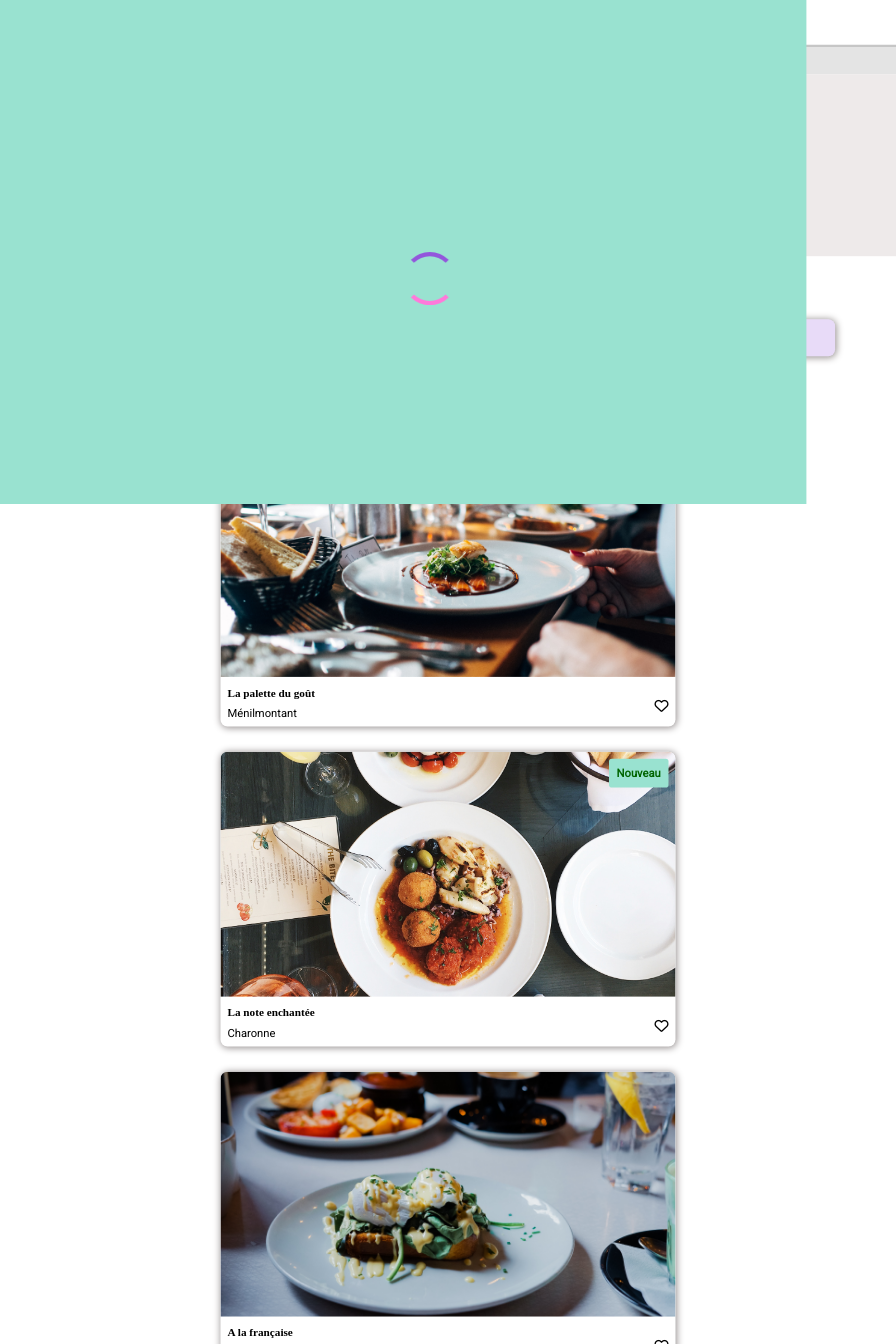
Repository: Micka-17/boimickael_3_16042021
Page: index.html
These files come from the project's save history. The page is drawn as it stood at one moment and after the next save; the edit follows.
The browser window is 1280 px wide. The pictures show the part of the page from y = 0 to 1920 px (the page is 2618 px tall), at 70% of full size.
Some web fonts or font styles are not loaded; a fallback is used. Some web libraries are served in a nearby version. The style sheet was rebuilt from its Sass, Less or Tailwind sources for each picture, by a compiler version that may differ from the author's.

Above is the page before, as saved 2021-05-26 10:48:48.

### index.html
<!DOCTYPE html>
<html lang="en">
  <head>
    <meta charset="UTF-8" />
    <meta http-equiv="X-UA-Compatible" content="IE=edge" />
    <meta name="viewport" content="width=device-width, initial-scale=1.0" />
    <link rel="stylesheet" href="css/style.css" />
    <script
      src="https://kit.fontawesome.com/7f2b024bdc.js"
      crossorigin="anonymous"
    ></script>
    <title>OhMyFood</title>
  </head>
  <body>
    <div id="backgroundloader">
      <div id="loader"></div>
    </div>
    <header>
      <div id="logo">
        <img src="images/logo/ohmyfood@2x.svg" alt="OhMyFood" />
      </div>
    </header>
    <section id="sec-1">
      <div id="top">
        <div id="paris">
          <p><i class="fas fa-map-marker-alt icon"></i> Paris, Belleville</p>
        </div>
        <div id="reservation">
          <h2 id="center-top1">Réservez le menu qui vous convient</h2>
          <p id="center-top2">
            Découvrez des restaurants d'exception, séléctionnés par nos soins.
          </p>
          <a id="btn" href="#sec-3">Explorer nos restaurants</a>
        </div>
      </div>
    </section>
    <section id="sec-2">
      <div class="fonctionnement">
        <h3 class="h3s">Fonctionnement</h3>
        <ul class="bolder">
          <li>
            <i class="fas fa-mobile-alt icon-top"></i> Choisissez un restaurant
            <p id="number1">1</p>
          </li>
          <li>
            <i class="fas fa-list-ul icon-top"></i> Composez votre menu
            <p id="number2">2</p>
          </li>
          <li id="li-3">
            <i class="fas fa-store icon-top-purple"></i> Dégustez au restaurant
            <p id="number3">3</p>
          </li>
        </ul>
      </div>
    </section>
    <section id="sec-3">
      <h3 class="h3s">Restaurants</h3>
      <div class="choice">
        <a href="pages/la_palette_du_gout.html">
          <div class="card">
            <p class="nouveau">Nouveau</p>
            <img
              id="new"
              class="imga"
              src="images/restaurants/la_palette_du_gout.jpg"
              alt="la_palette_du_gout"
            />
            <div class="resto">
              <div>
                <h4>La palette du goût</h4>
                <p class="space">Ménilmontant</p>
              </div>
              <div class="loveclcik">
                <i class="far fa-heart love fa-lg"></i>
                <i class="fas fa-heart loves3"></i>
              </div>
            </div>
          </div>
        </a>
        <a href="pages/la_note_enchantee.html">
          <div class="card">
            <p class="nouveau">Nouveau</p>
            <img
              class="imga"
              src="images/restaurants/la_note_enchantee.jpg"
              alt="la_note_enchantee"
            />
            <div class="resto">
              <div>
                <h4>La note enchantée</h4>
                <p class="space">Charonne</p>
              </div>
              <div class="loveclcik">
                <i class="far fa-heart love fa-lg"></i>
                <i class="fas fa-heart loves3"></i>
              </div>
            </div>
          </div>
        </a>
        <a href="pages/a_la_francaise.html">
          <div class="card">
            <img
              class="imga"
              src="images/restaurants/a_la_française.jpg"
              alt="a_la_française"
            />
            <div class="resto">
              <div>
                <h4>A la française</h4>
                <p class="space">Cité Rouge</p>
              </div>
              <div class="loveclcik">
                <i class="far fa-heart love fa-lg"></i>
                <i class="fas fa-heart loves3"></i>
              </div>
            </div>
          </div>
        </a>
        <a href="pages/le_delice_des_sens.html">
          <div class="card">
            <img
              class="imga"
              src="images/restaurants/le_delice_des_sens.jpg"
              alt="le_delice_des_sens"
            />
            <div class="resto">
              <div>
                <h4>Le delice des sens</h4>
                <p class="space">Folie-Méricourt</p>
              </div>
              <div class="loveclcik">
                <i class="far fa-heart love fa-lg"></i>
                <i class="fas fa-heart loves3"></i>
              </div>
            </div>
          </div>
        </a>
      </div>
    </section>
    <section class="end">
      <footer>
        <div>
          <h3 id="logo-white">ohmyfood</h3>
          <div class="end-ul">
            <p>
              <i class="fas fa-utensils icon-footer"></i> Proposer un restaurant
            </p>
            <p>
              <i class="fas fa-hands-helping icon-footer"></i> Devenir
              partenaire
            </p>
            <p>Mentions légales</p>
            <a id="contact" href="mailto:contact@ohmyfood.com"
              ><p>Contact</p></a
            >
          </div>
        </div>
      </footer>
    </section>
  </body>
</html>

### sass/style.scss
@import "./directories/Utils/variables-mixin";
@import "./directories/Base/main.scss";



ul {
    font-family: 'Roboto', sans-serif;
    font-size: 0.9em;
    @media (min-width: 430px) {
        max-width: 450px;
    }
        @media (min-width: 1000px) {
            display: flex;
            min-width: 100%;
            justify-content: space-evenly;
        }
}

#backgroundloader {
    position: absolute;
    top: 0;
    left: 0;
    background-color: $color3;
    min-width: 90%;
    height: 100%;
    animation: loader2 33s;
    animation-fill-mode: both;
    animation-timing-function: step-end;
  }
#loader {
    position: absolute;
    height: 70px;
    top: 50%;
    right: 50%;
    bottom: 50%;
    left: 50%;
    width: 64px;
    height: 64px;
    border-radius: 50%;
    border: 6px solid rgb(255, 255, 255);
    border-color: $color1 transparent $color2 transparent;
    animation: dual-ring 0.8s infinite, loader 3s;
    animation-delay: 0.2s;
    animation-fill-mode: both;
  }

#contact {
    color: white;
}

.spacediv p {
    font-family: 'Roboto', sans-serif;
    text-overflow: ellipsis;
    overflow: hidden;
    white-space: nowrap;
}

#logo {
    display: flex;
    justify-content: center;
    margin-top: 20px;
    margin-bottom: 10px;
}

#paris {
    display: flex;
    justify-content: center;
    border-top: solid 3px rgba(128, 128, 128, 0.301);
    min-width: 321px;
    padding-top: 10px;
    padding-bottom: 10px;
    background-color: rgba(128, 128, 128, 0.212);
        .icon {
            margin-right: 10px;
        }
}

#reservation {
    display: flex;
    justify-content: center;
    flex-direction: column;
    place-items: center;
    background-color: rgb(238, 234, 234);
    padding-bottom: 45px;
        #btn {
            @include btn();
                &:hover {
                    filter: brightness(1.50);
                    box-shadow: 0px 0px 10px 15px gray;
                }
        }
}

#center-top1 {
    text-align: center;
    margin-top: 20px;
    max-width: 350px;
}

#center-top2 {
    margin-top: 20px;
    margin-bottom: 20px;
    text-align: center;
    max-width: 350px;
}


.icon-top {
    color: gray;
    margin-right: 15px;
    margin-left: 10px;
}

.icon-top-purple {
    color: $color1;
    margin-right: 15px;
    margin-left: 10px;
}

#li-3 {
    background-color: #9256dc36;
}

li { position: relative;
    background-color: #ffffff;
    border-radius: 10px;
    padding: 18px;
    margin: 18px;
    margin-left: 25px;
    box-shadow: 1px 1px 10px 1px rgb(151, 145, 145);
    min-width: 20%;
        #number1 {
            position: absolute;
            top: 15px;
            left: -14px;
            background-color: $color1;
            border-radius: 50px;
            padding: 6px 10px;
            font-size: 0.8em;
            color: white;
        }
            #number2 {
                position: absolute;
                top: 14px;
                left: -15px;
                background-color: $color1;
                border-radius: 50px;
                padding: 6px 10px;
                font-size: 0.8em;
                color: white;
            }
                #number3 {
                    position: absolute;
                    top: 14px;
                    left: -15px;
                    background-color: $color1;
                    border-radius: 50px;
                    padding: 6px 10px;
                    font-size: 0.8em;
                    color: white;
                }
}
.space {
    margin-top: 10px;
    margin-bottom: 10px;
}
.card {
    background-color: #ffffff;
    border-radius: 10px;
    padding: 0px;
    margin: 18px;
    box-shadow: 1px 1px 10px 1px rgb(151, 145, 145);
    max-width: 100%;
}
.imga {
    object-fit: cover;
    border-radius: 10px 10px 0px 0px;
    width: 650px;
    height: 350px;
        @media (max-width:900px) {
            max-width: 100%;
        }
            @media (max-width:500px) {
                max-width: 100%;
                height: 240px;
            }
                @media (max-width:380px) {
                    height: 220px;
                }
}
.card {
    position: relative;
}
.nouveau {
    position: absolute;
    padding: 0.7rem;
    border-radius: 0.25rem;
    color: darkgreen;
    font-weight: bold;
    right: 10px;
    top: 10px;
    background-color: #99e2d0;
}

.h3s {
    margin: 40px 0px 10px 20px;

}

.choice {
    display: flex;
    flex-direction: column;
    place-items: center;
    flex-wrap: wrap;
        .resto {
            display: flex;
            justify-content: space-between;
            align-items: center;
            margin: 10px;
        }
            @media (min-width: 630px) {
                flex-wrap: wrap;
                flex-direction: row;
                justify-content: center;
            }
                @media (min-width: 1350px) {
                    display: grid;
                    grid-template-rows: 50% 50%;
                    grid-template-columns: 50% 50%;
                }
}


footer {
    margin-top: 30px;
    padding: 10px;
    background-color: rgb(54, 54, 54);
    color: white;
        #logo-white {
            font-family: 'Shrikhand', cursive;
            font-weight: 300;
            margin-bottom: 15px;
            margin-left: 20px;
            margin-top: 10px;
        }
            li {
                background-color: transparent;
                border-radius: 0;
                padding: 5px;
                margin-left: 20px;
                box-shadow: none;
                display: flex;
                margin-top: 5px;
                margin-bottom: 5px;
            }
                .icon-footer {
                    max-width: 2px;
                    max-height: 2px;
                    margin-right: 25px;
                }
                    @media (min-width:1000px) {
                        padding: 40px;
                    }
}


//pages 2

.img-top {
    min-width: 100%;
    max-height: 510px;
}

.arrow {
    position: absolute;
    left: 20px;
    top: 30px;
    color: rgba(0, 0, 0, 0.801);
}
#margtitle {
    margin-left: 15px;
    max-width: 220px;
}
img {
    object-fit: cover;
}
.titlemargall {
    margin-top: 30px;
    margin-left: 15px;
    border-bottom: solid rgba(55, 224, 55, 0.541);
    max-width: 30px;
}
#middle {
    position: absolute;
    top: 240px;
    min-width: 100%;
    min-height: 980px;
    background-color: rgb(231, 229, 229);
    border-radius: 20px 20px 0px 0;
    padding-top: 30px;
     .entrees {
        @include centre();
        @include capsule();
     }
        .bold {
            font-weight: bold;
            font-size: 1em;
        }
        .bolder {
            font-weight: bold;
            font-size: 0.6m;
                @media (min-width: 1000px) {
                    margin: 15px;
                }
        }
            p {
                font-size: 0.7em;
            }
                .loves1 {
                    position: absolute;
                    right: 15px;
                    color: gray
                }
}

.loves2 {
    display: none;
    opacity: 0;
    background: linear-gradient(0deg,#9356dc,#ff79da);
    background-clip: text;
    -webkit-background-clip: text;
    -moz-background-clip: text;
    -webkit-text-fill-color: transparent;
    position: absolute;
    right: 15px;
}
#margtitle:hover .loves2 {
    animation: fadeout;
    opacity: 1;
    animation-duration: .5s;
    display: inline-block;
    justify-content: center;
}

.loves3 {
    display: none;
    opacity: 0;
    background: linear-gradient(0deg,#9356dc,#ff79da);
    background-clip: text;
    -webkit-background-clip: text;
    -moz-background-clip: text;
    -webkit-text-fill-color: transparent;
    position: absolute;
    right: 9px;
    bottom: 18px;
}
.loveclcik:hover .loves3 {
    animation: fadeout2;
    opacity: 1;
    animation-duration: .5s;
    display: inline-block;
    justify-content: center;
    font-size: 1.5em;
}

#entrees {
    animation: slideup 1s;
    animation-duration: 1s;
}
#plats {
    animation: slideup 1s;
    animation-duration: 5s;
}
#desserts {
    animation: slideup 1s;
    animation-duration: 8s;
}


.entrees, .plats, .desserts {
    cursor: pointer;
        @media (max-width:321px) {
            width: 300px;
        }
        @media (max-width:378px) {
            max-width: 100%;
        }
        @media (max-width:414px) {
            max-width: 100%;
        }
        @media (min-width: 1000px) {
            min-height: 90px;
            width: 100%;
        }
}

.spacediv {
    width: 100%;
    overflow: hidden;
    @include spacediv();
        @media (min-width: 1000px) {
            justify-content: space-evenly;
        }
}
.plats {
    @include capsule();
    @include centre();
}
.desserts {
    @include capsule();
    @include centre();
}

.responsive {
    @media (min-width: 1000px) {
        display: flex;
        justify-content: center;
    }
}

.responsive-entrees {
    @media (min-width: 1000px) {
        display: flex;
        justify-content: center;
    }
}

#btnp2 {
    @include btn();
    margin-top: 40px;
        &:hover {
            filter: brightness(1.50);
            box-shadow: 0px 0px 10px 15px gray;
        }
         @media (min-width: 1000px) {
            margin-top: 150px;
         }
}

#placement-btn {
    display: flex;
    justify-content: center;
    place-items: center;
}

.end1 {
    position: absolute;
    top: 1151px;
    min-width: 100%;
}

.end {
    position: absolute;
    min-width: 100%;
}

.end-ul {
        @media (min-width: 430px) {
        max-width: 450px;
    }
        @media (min-width: 1000px) {
            display: flex;
            min-width: 100%;
            flex-direction: row;
            justify-content: space-evenly;
        }
}

.end-ul p {
    margin: 8px;
    margin-left: 20px;
}

//page la note enchantee

 .align-price{
    display: flex;
    align-items: flex-end;
    margin-bottom: 8px;
    margin-right: 8px;
}

.check {
    width: 0px;
    transition-duration: 1s;
    font-size: 1.5em;
     & i {
        display: none;
        place-items: center;
        color: white;
     }
}

.entrees:hover .check {
    width: 90px;
    height: 51px;
    background-color: $color3;
    display: flex;
    justify-content: center;
    border-radius: 0 20% 20% 0;
        @media (max-width: 1000px) {
            width: 65px;
        }
            & .rotation {
                display: flex;
                place-items: center;
            }
                & .rond {
                    display: flex;
                    place-items: center;
                    transform-origin: center;
                    animation: spin;
                    animation-duration: 1s;
                }
                    @media (min-width: 1000px) {
                        height: 90px;
                        border-radius: 0 10% 10% 0;
                    }
}


.plats:hover .check {
    width: 90px;
    height: 51px;
    background-color: $color3;
    display: flex;
    justify-content: center;
    border-radius: 0 20% 20% 0;
        @media (max-width: 1000px) {
            width: 65px;
        }
            & .rotation {
                display: flex;
                place-items: center;
            }
                & .rond {
                    display: flex;
                    place-items: center;
                    transform-origin: center;
                    animation: spin;
                    animation-duration: 1s;
                }
                    @media (min-width: 1000px) {
                        height: 90px;
                        border-radius: 0 10% 10% 0;
                    }
}

.desserts:hover .check {
    width: 90px;
    height: 51px;
    background-color: $color3;
    display: flex;
    justify-content: center;
    border-radius: 0 20% 20% 0;
        @media (max-width: 1000px) {
            width: 65px;
        }
            & .rotation {
                display: flex;
                place-items: center;
            }
                & .rond {
                    display: flex;
                    place-items: center;
                    transform-origin: center;
                    animation: spin;
                    animation-duration: 1s;
                }
                    @media (min-width: 1000px) {
                        height: 90px;
                        border-radius: 0 10% 10% 0;
                    }
}

### sass/directories/Utils/_variables-mixin.scss
$color1: #9356DC;
$color2: #FF79DA;
$color3: #99E2D0;

@mixin centre {
    display: flex;
    justify-content: space-between;
}

@mixin capsule {
    background-color: whitesmoke;
    border-radius: 10px;
    box-shadow: 1px 1px 10px 1px rgb(226, 226, 226);
    margin: 10px;
    overflow: hidden;
}
 @mixin spacediv {
    min-height: 35px;
    display: flex;
    flex-direction: column;
    justify-content: space-between;
    padding: 8px;
 }
@mixin btn {
    background: linear-gradient($color2, $color1);
    border-radius: 50px;
    border: none;
    box-shadow: gray;
    color: white;
    font-weight: bold;
    max-width: 200px;
    min-width: 200px;
    margin-top: 15px;
    padding: 15px 10px;
    text-align: center;
    text-decoration: none
}

@keyframes fadein {
    from {
        transform: scaleX(0);
    }

    to {
        transform: scaleX(1);
    }
}

@keyframes fadeout {
    from {
        transform: scaleY(0);
    }

    to {
        transform: scaleY(1);
    }
}
@keyframes fadeout2 {
    from {
        transform: scale(0);
    }

    to {
        transform: scale(1.5);
    }
}

@keyframes spin {
    from {
        transform: rotate(0deg);
    } to {
        transform: rotate(360deg);
    }
}

@keyframes slideup {
    from {
        transform: translateY(50px);
        opacity: 0;
    }
    to {
        transform: translateY(0px);
        opacity: 1;
    }
}


 @keyframes dual-ring {
    0% {
      transform: rotate(0deg);
      opacity: 100%;
    }
    50% {
        transform: rotate(180deg);
        opacity: 10%;
      }
    100% {
      transform: rotate(360deg);
      opacity: 100%;
    }
  }

@keyframes loader {
    0% {
    opacity: 100%;
    }
    99% {
        opacity: 100%;
    }
    100% {
        opacity: 100%;
    }
}

@keyframes loader2 {
    0% {
    opacity: 100%;
    z-index: 9999;
    }
    99% {
        opacity: 0;
        z-index: -1000;
    }
    100% {
        opacity: 0;
        z-index: -1000;
    }
}

### sass/directories/Base/main.scss
@import url('https://fonts.googleapis.com/css2?family=Roboto&family=Shrikhand&display=swap');

* {
    margin: 0;
    padding: 0;
    text-decoration: none;
    list-style-type: none;
}
#margtitle {
    font-family: Shrikhand;
    font-weight: 100;
    font-size: 1.2em;
}
p {
    font-family: 'Roboto', sans-serif;
}
a {
    text-decoration: none;
    list-style: none;
    color: rgb(0, 0, 0);
}

After the next save:
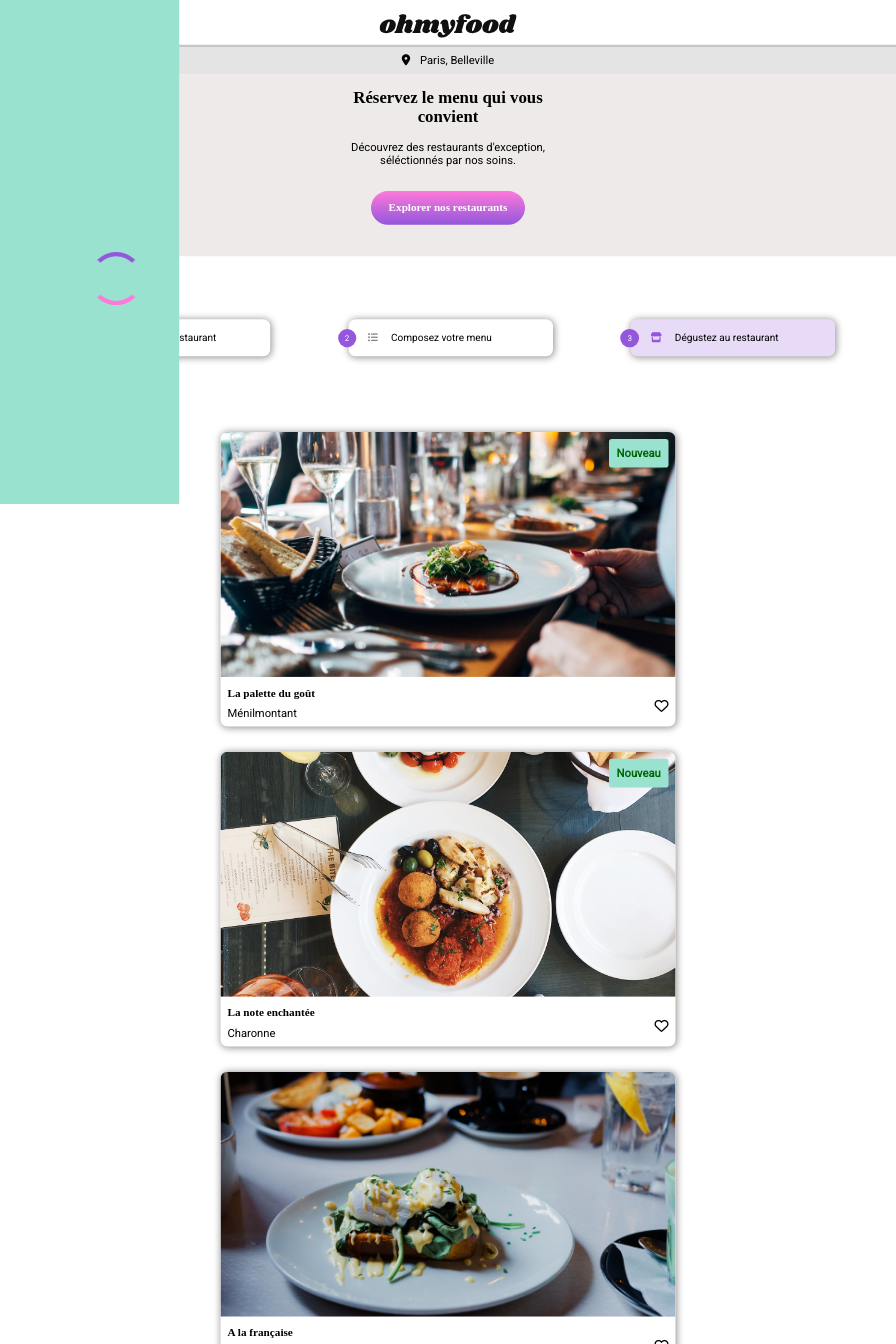
Saved 6 s later.
--- a/sass/style.scss
+++ b/sass/style.scss
@@ -21,7 +21,7 @@ ul {
     top: 0;
     left: 0;
     background-color: $color3;
-    min-width: 90%;
+    min-width: 20%;
     height: 100%;
     animation: loader2 33s;
     animation-fill-mode: both;
